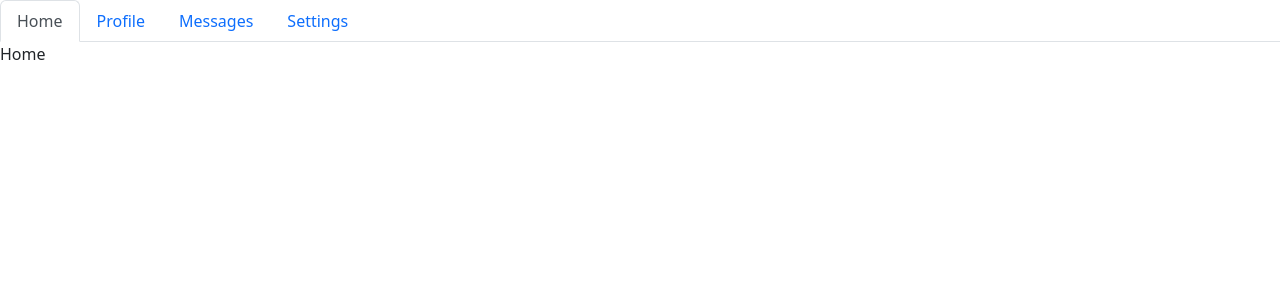
Repository: jaseem1999/sdCommunity
Page: http://localhost/sdCommunity/AdvSign.jsp
An editor plug-in stored every save of this project. The page is shown before and after the next save, followed by the edit.
The browser window is 1280 px wide. The pictures show the whole page.
The page is served by Tomcat 9. Other server files are loaded and not shown.

Above is the page before, as saved 2023-10-14 17:11:59.

### sdCommunity/src/main/webapp/AdvSign.jsp
<%@ page language="java" contentType="text/html; charset=ISO-8859-1"
    pageEncoding="ISO-8859-1"%>
<!DOCTYPE html>
<html>
<head>
<meta charset="ISO-8859-1">
<title>Advertisement Agency</title>
<link href="https://cdn.jsdelivr.net/npm/bootstrap@5.2.3/dist/css/bootstrap.min.css" rel="stylesheet" integrity="sha384-rbsA2VBKQhggwzxH7pPCaAqO46MgnOM80zW1RWuH61DGLwZJEdK2Kadq2F9CUG65" crossorigin="anonymous">
<script src="https://cdn.jsdelivr.net/npm/bootstrap@5.2.3/dist/js/bootstrap.bundle.min.js" integrity="sha384-kenU1KFdBIe4zVF0s0G1M5b4hcpxyD9F7jL+jjXkk+Q2h455rYXK/7HAuoJl+0I4" crossorigin="anonymous"></script>

</head>
<body>
<!-- Nav tabs -->
<ul class="nav nav-tabs" id="myTab" role="tablist">
  <li class="nav-item">
    <a class="nav-link active" id="home-tab" data-toggle="tab" href="#home" role="tab" aria-controls="home" aria-selected="true">Home</a>
  </li>
  <li class="nav-item">
    <a class="nav-link" id="profile-tab" data-toggle="tab" href="#profile" role="tab" aria-controls="profile" aria-selected="false">Profile</a>
  </li>
  <li class="nav-item">
    <a class="nav-link" id="messages-tab" data-toggle="tab" href="#messages" role="tab" aria-controls="messages" aria-selected="false">Messages</a>
  </li>
  <li class="nav-item">
    <a class="nav-link" id="settings-tab" data-toggle="tab" href="#settings" role="tab" aria-controls="settings" aria-selected="false">Settings</a>
  </li>
</ul>

<!-- Tab panes -->
<div class="tab-content">
  <div class="tab-pane active" id="home" role="tabpanel" aria-labelledby="home-tab">Home</div>
  <div class="tab-pane" id="profile" role="tabpanel" aria-labelledby="profile-tab">Profile</div>
  <div class="tab-pane" id="messages" role="tabpanel" aria-labelledby="messages-tab">not</div>
  <div class="tab-pane" id="settings" role="tabpanel" aria-labelledby="settings-tab">settings</div>
</div>
<script type="text/javascript">

</script>
</body>
</html>

After the next save:
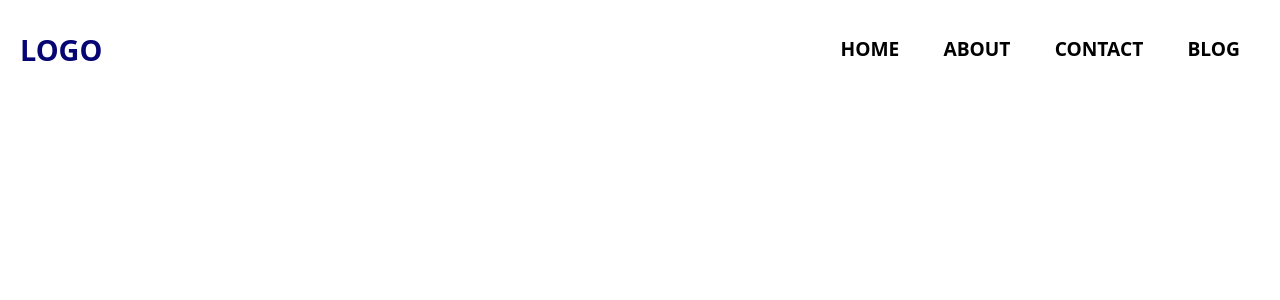
Saved 45 h 28 min later.
--- a/sdCommunity/src/main/webapp/AdvSign.jsp
+++ b/sdCommunity/src/main/webapp/AdvSign.jsp
@@ -7,34 +7,107 @@
 <title>Advertisement Agency</title>
 <link href="https://cdn.jsdelivr.net/npm/bootstrap@5.2.3/dist/css/bootstrap.min.css" rel="stylesheet" integrity="sha384-rbsA2VBKQhggwzxH7pPCaAqO46MgnOM80zW1RWuH61DGLwZJEdK2Kadq2F9CUG65" crossorigin="anonymous">
 <script src="https://cdn.jsdelivr.net/npm/bootstrap@5.2.3/dist/js/bootstrap.bundle.min.js" integrity="sha384-kenU1KFdBIe4zVF0s0G1M5b4hcpxyD9F7jL+jjXkk+Q2h455rYXK/7HAuoJl+0I4" crossorigin="anonymous"></script>
+<style type="text/css">
+	a {
+		 text-decoration: none;
+		 color: black;
+		 font-size: 1.2rem;
+		 font-weight: bold;
+		 text-transform: uppercase;
+	}
+	.nav {
+  display: flex;
+  justify-content: space-between;
+  align-items: center;
+  padding-top: 20px;
+}
 
+.logo {
+  font-size: 1.8rem;
+  color: rgb(5, 5, 116);
+  padding-left: 20px;
+}
+
+.hamburger {
+  padding-right: 20px;
+  cursor: pointer;
+}
+
+.hamburger .line {
+  display: block;
+  width: 40px;
+  height: 5px;
+  margin-bottom: 10px;
+  background-color: black;
+}
+
+.nav__link {
+  position: fixed;
+  width: 94%;
+  top: 5rem;
+  left: 18px;
+  background-color: lightblue;
+}
+
+.nav__link a {
+  display: block;
+  text-align: center;
+  padding: 10px 0;
+}
+
+.nav__link a:hover {
+  background-color: lightcoral;
+}
+
+.hide {
+  display: none;
+}
+@media screen and (min-width: 600px) {
+  .nav__link {
+    display: block;
+    position: static;
+    width: auto;
+    margin-right: 20px;
+    background: none;
+  }
+
+  .nav__link a {
+    display: inline-block;
+    padding: 15px 20px;
+  }
+
+  .hamburger {
+    display: none;
+  }
+}
+</style>
 </head>
 <body>
-<!-- Nav tabs -->
-<ul class="nav nav-tabs" id="myTab" role="tablist">
-  <li class="nav-item">
-    <a class="nav-link active" id="home-tab" data-toggle="tab" href="#home" role="tab" aria-controls="home" aria-selected="true">Home</a>
-  </li>
-  <li class="nav-item">
-    <a class="nav-link" id="profile-tab" data-toggle="tab" href="#profile" role="tab" aria-controls="profile" aria-selected="false">Profile</a>
-  </li>
-  <li class="nav-item">
-    <a class="nav-link" id="messages-tab" data-toggle="tab" href="#messages" role="tab" aria-controls="messages" aria-selected="false">Messages</a>
-  </li>
-  <li class="nav-item">
-    <a class="nav-link" id="settings-tab" data-toggle="tab" href="#settings" role="tab" aria-controls="settings" aria-selected="false">Settings</a>
-  </li>
-</ul>
+	<header>
+      <nav class="nav">
+        <a href="/" class="logo">logo</a>
 
-<!-- Tab panes -->
-<div class="tab-content">
-  <div class="tab-pane active" id="home" role="tabpanel" aria-labelledby="home-tab">Home</div>
-  <div class="tab-pane" id="profile" role="tabpanel" aria-labelledby="profile-tab">Profile</div>
-  <div class="tab-pane" id="messages" role="tabpanel" aria-labelledby="messages-tab">not</div>
-  <div class="tab-pane" id="settings" role="tabpanel" aria-labelledby="settings-tab">settings</div>
-</div>
+        <div class="hamburger">
+          <span class="line"></span>
+          <span class="line"></span>
+          <span class="line"></span>
+        </div>
+
+        <div class="nav__link hide">
+          <a href="#">home</a>
+          <a href="#">about</a>
+          <a href="#">contact</a>
+          <a href="#">blog</a>
+        </div>
+      </nav>
+    </header>
 <script type="text/javascript">
+const hamburger = document.querySelector('.hamburger');
+const navLink = document.querySelector('.nav__link');
 
+hamburger.addEventListener('click', () => {
+  navLink.classList.toggle('hide');
+});
 </script>
 </body>
 </html>
